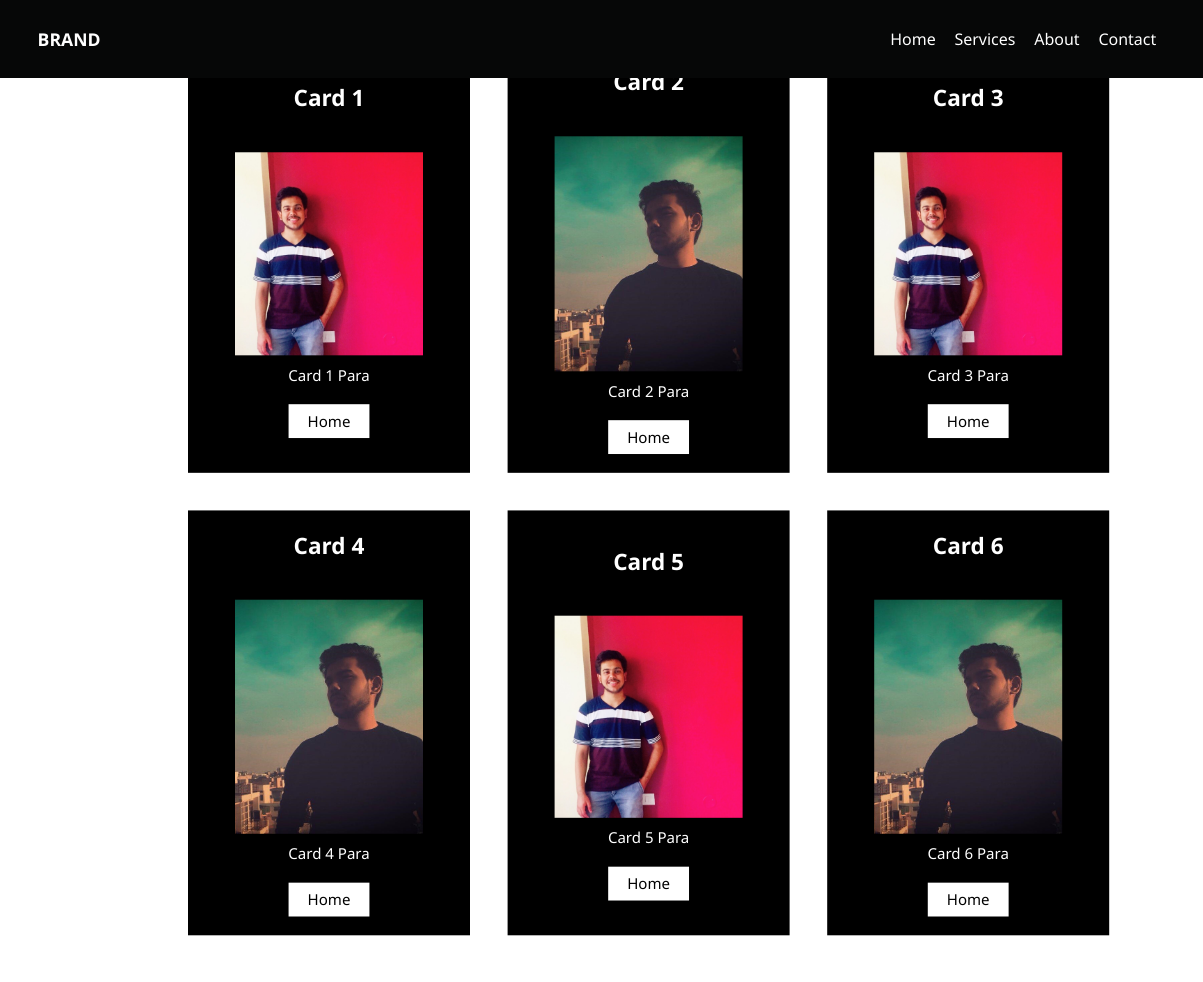
Repository: hemantsaini-7/React_Basics
Page: /services (app in webreact/)
These files come from the project's save history. The page is drawn as it stood at one moment and after the next save; the edit follows.
The browser window is 1280 px wide. The pictures show the whole page, at 94% of full size.
The project was rebuilt for these pictures with package versions that can differ from the ones it lists, and the page was loaded fresh each time. Also part of the build but not shown: webreact/src/components/Common.js, webreact/src/components/Home.js, webreact/src/components/About.js, webreact/src/components/Contact.js.

Above is the page before, as saved 2020-11-02 15:30:17.

After the next save:
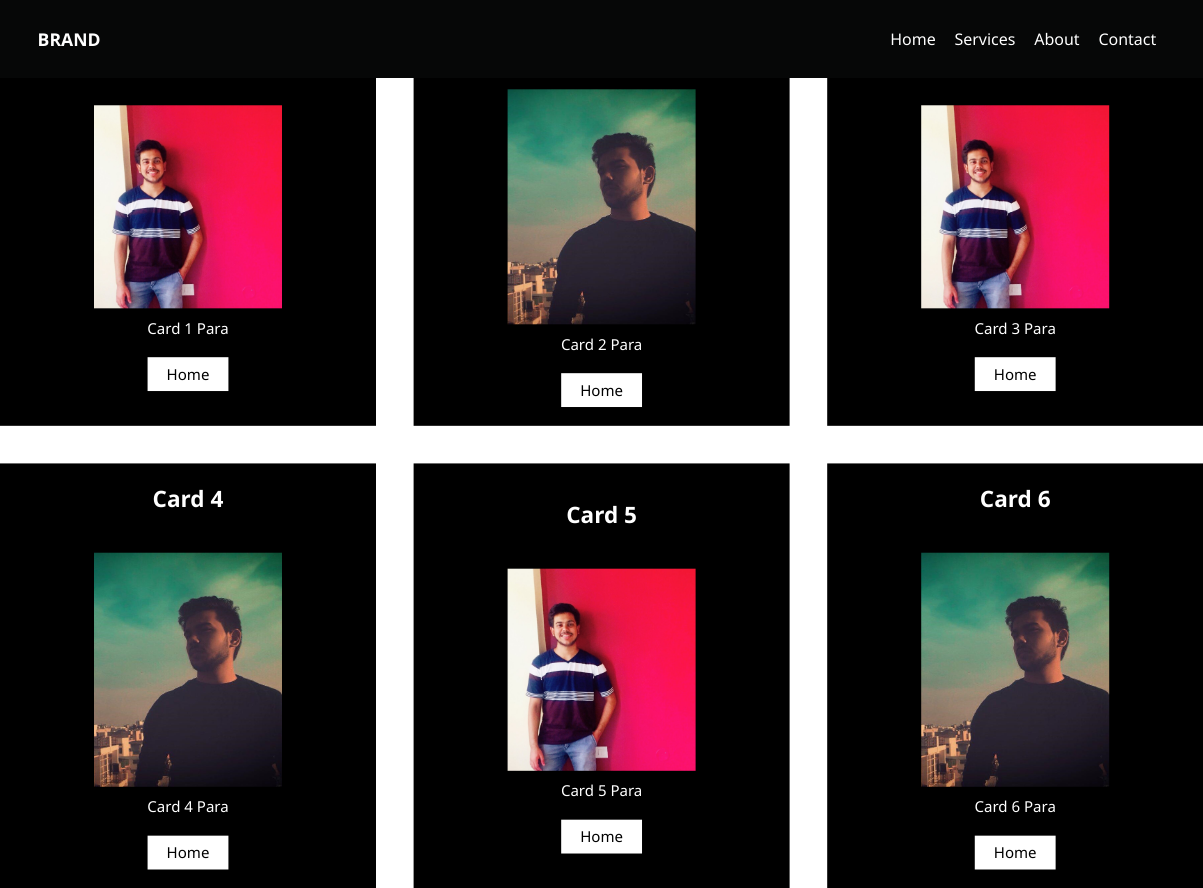
Saved 30 s later.
--- a/webreact/src/App.css
+++ b/webreact/src/App.css
@@ -52,7 +52,7 @@
   display: grid;
   grid-template-columns: repeat(3, 1fr);
   grid-gap: 40px;
-  margin: 50px 200px;
+  /* margin: 50px 200px; */
 }
 .card {
   background-color: #000;

After the save that followed:
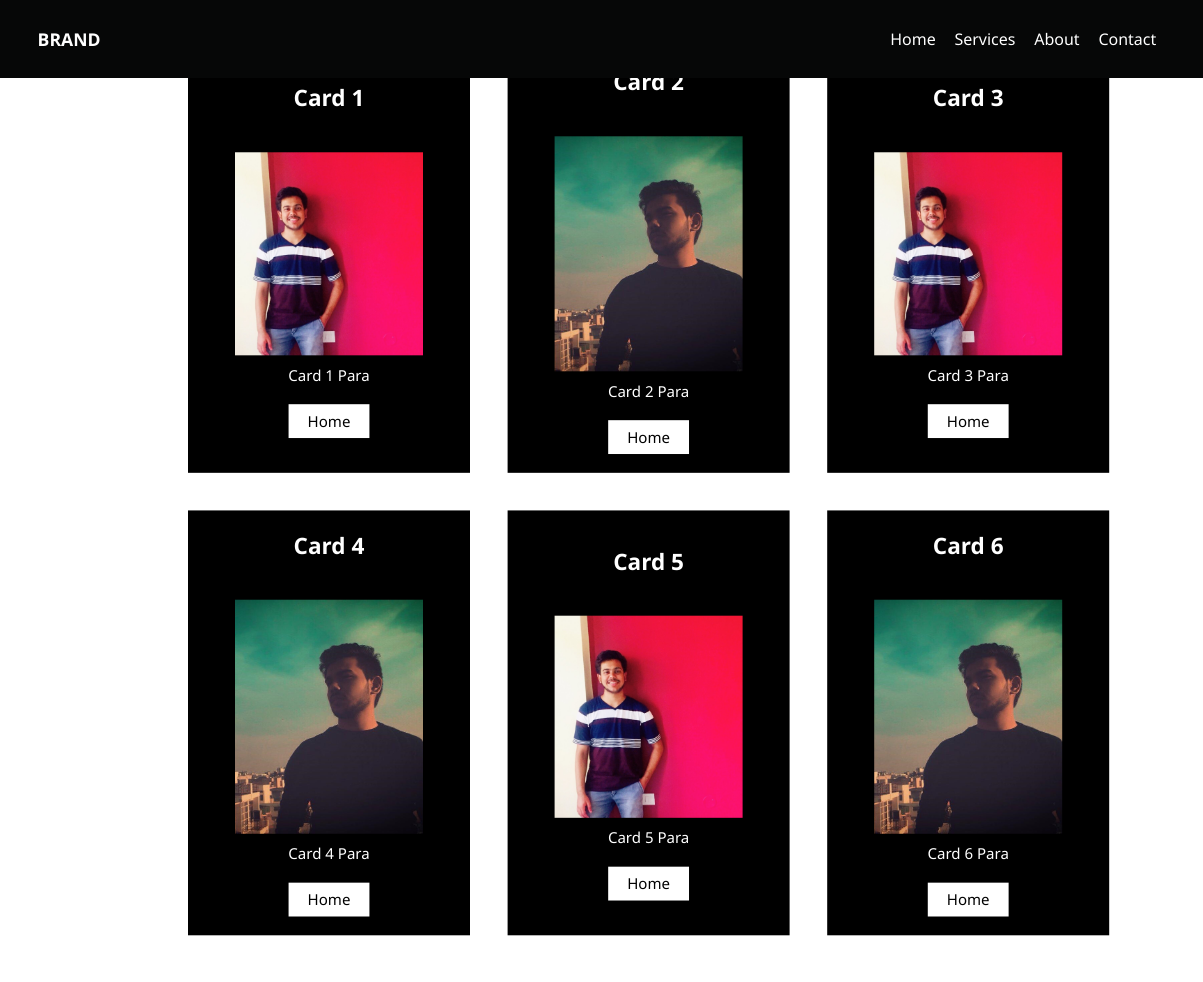
Saved 6 s later.
--- a/webreact/src/App.css
+++ b/webreact/src/App.css
@@ -52,7 +52,7 @@
   display: grid;
   grid-template-columns: repeat(3, 1fr);
   grid-gap: 40px;
-  /* margin: 50px 200px; */
+  margin: 50px 200px;
 }
 .card {
   background-color: #000;
